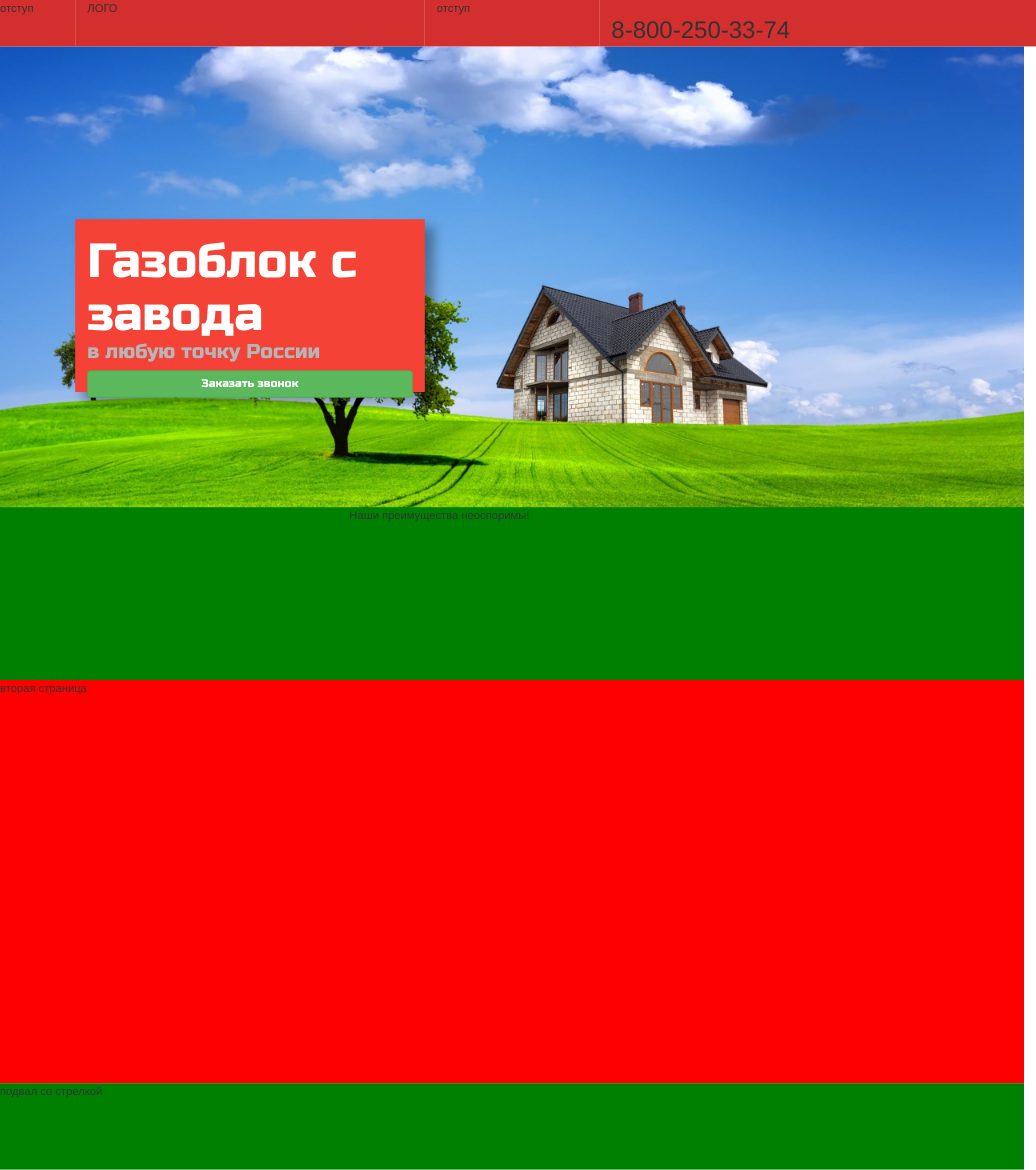
Repository: greenwtch/block
Page: index.html
The author's editor kept a record of every edit. The page is drawn from the files as they stood at one moment, then again after the next edit.
The browser window is 1280 px wide. The page is 1295 px wide, so the pictures cover 1295 px, including what lies to the right of the window. The pictures show the whole page, at 80% of full size.
Some web libraries are served in a nearby version.

Above is the page before.

After the next edit:
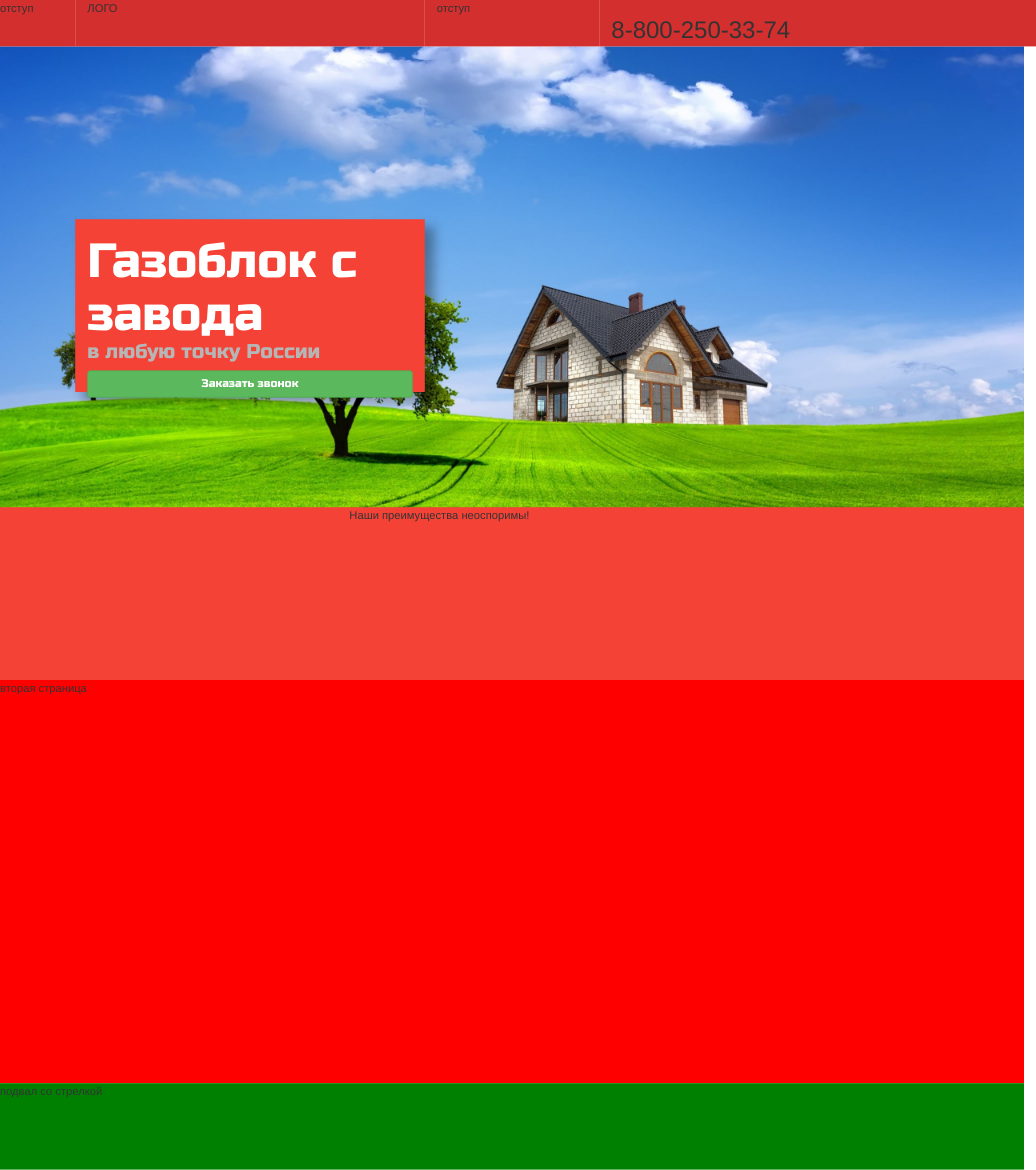
The edit:
--- a/css/style.css
+++ b/css/style.css
@@ -13,7 +13,7 @@
 
 }
 .body1footer{
-    background-color: green;
+    background-color: #F44336;
     height: 30vh;
     margin-top:-10vh;
 }
